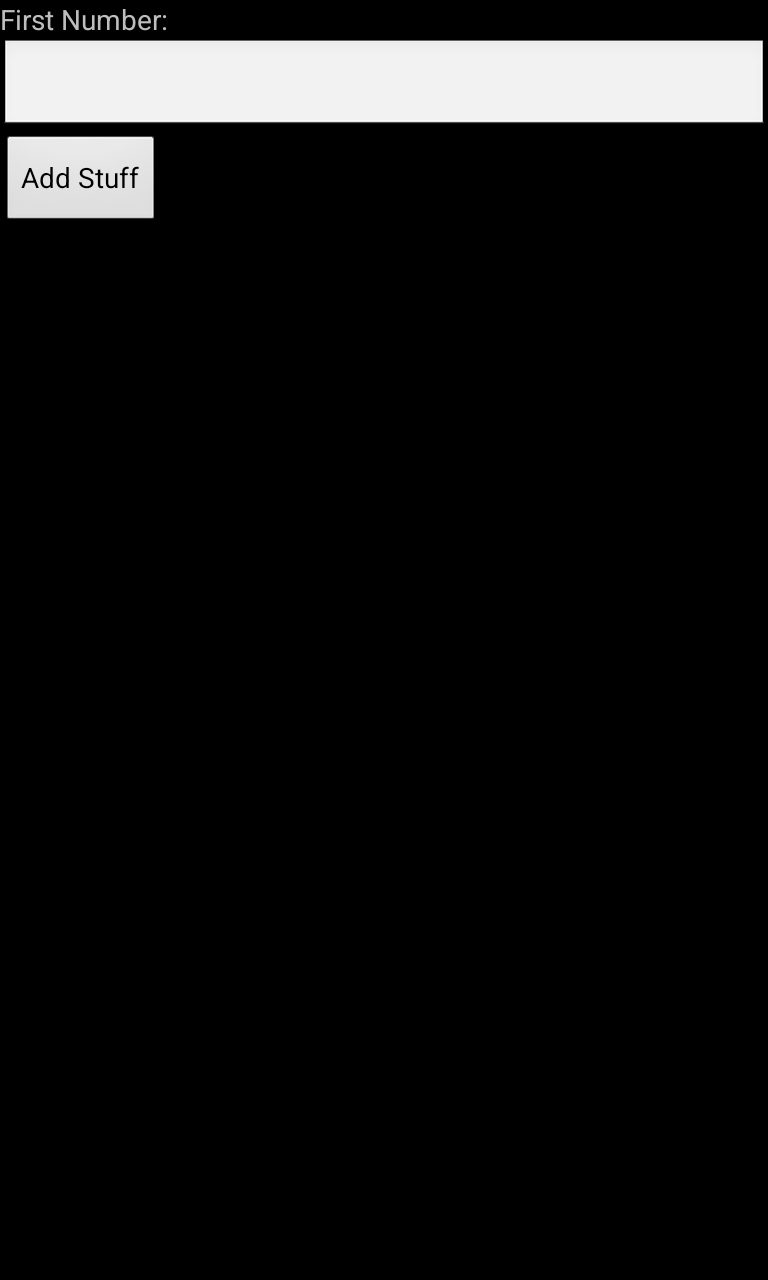
Repository: drwelden/Android-Presentation
Layout: Basic/Calculator/res/layout/main.xml
These files come from the project's save history. The layout is drawn as it stood at one moment and after the next save; the edit follows.
It is drawn on a 768 x 1280 px phone screen (xhdpi) without system bars, with theme android:Theme; the app's code is not run.

Above is the layout before, as saved 2010-09-23 00:34:20.

### Basic/Calculator/res/layout/main.xml
<?xml version="1.0" encoding="utf-8"?>
<LinearLayout xmlns:android="http://schemas.android.com/apk/res/android"
    android:orientation="vertical"
    android:layout_width="fill_parent"
    android:layout_height="fill_parent"
    >
    <TextView
    	android:text="@string/fnum"
    	android:layout_width="wrap_content"
    	android:layout_height="wrap_content"
    	/>
    <EditText
    	android:id="@+id/first_number"
    	android:layout_width="fill_parent"
    	android:layout_height="wrap_content"
    	/>
	<Button
		android:text="@string/add_stuff"
		android:layout_width="wrap_content"
		android:layout_height="wrap_content"
		/>
</LinearLayout>

### Basic/Calculator/res/values/strings.xml
<?xml version="1.0" encoding="utf-8"?>
<resources>
    <string name="hello">Hello World, Calculatoor!</string>
    <string name="app_name">Calculatoor</string>
    <string name="add_stuff">Add Stuff</string>
    <string name="fnum">First Number:</string>
</resources>

After the next save:
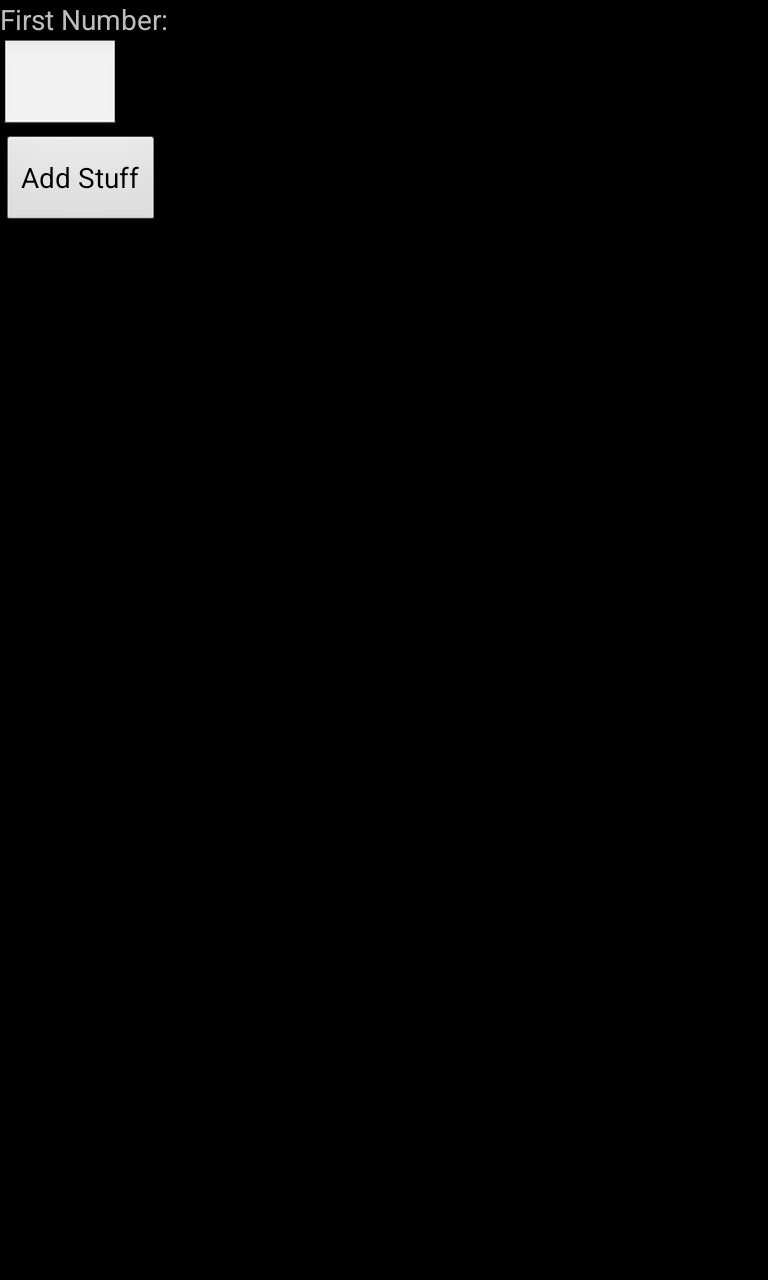
Saved 51 s later.
--- a/Basic/Calculator/res/layout/main.xml
+++ b/Basic/Calculator/res/layout/main.xml
@@ -11,7 +11,7 @@
     	/>
     <EditText
     	android:id="@+id/first_number"
-    	android:layout_width="fill_parent"
+    	android:layout_width="60dip"
     	android:layout_height="wrap_content"
     	/>
 	<Button

After the save that followed:
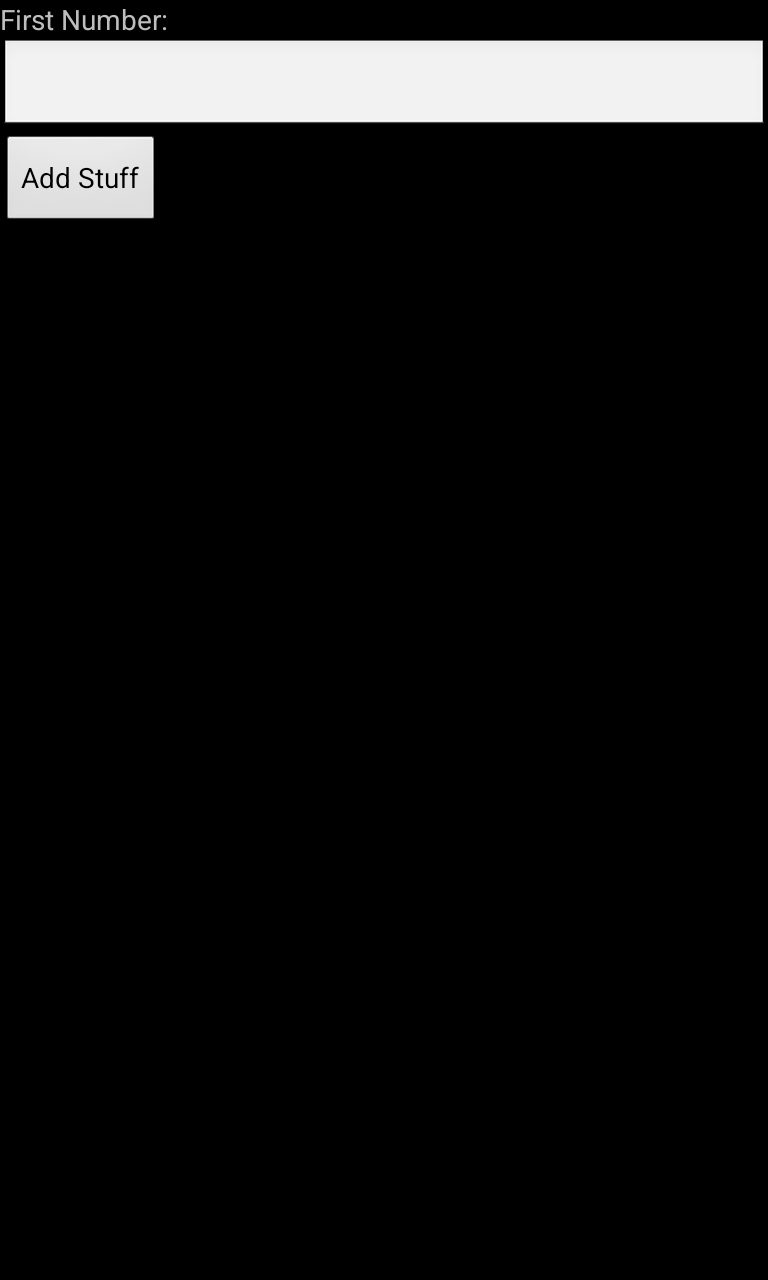
Saved 23 s later.
--- a/Basic/Calculator/res/layout/main.xml
+++ b/Basic/Calculator/res/layout/main.xml
@@ -11,7 +11,7 @@
     	/>
     <EditText
     	android:id="@+id/first_number"
-    	android:layout_width="60dip"
+    	android:layout_width="fill_parent"
     	android:layout_height="wrap_content"
     	/>
 	<Button
